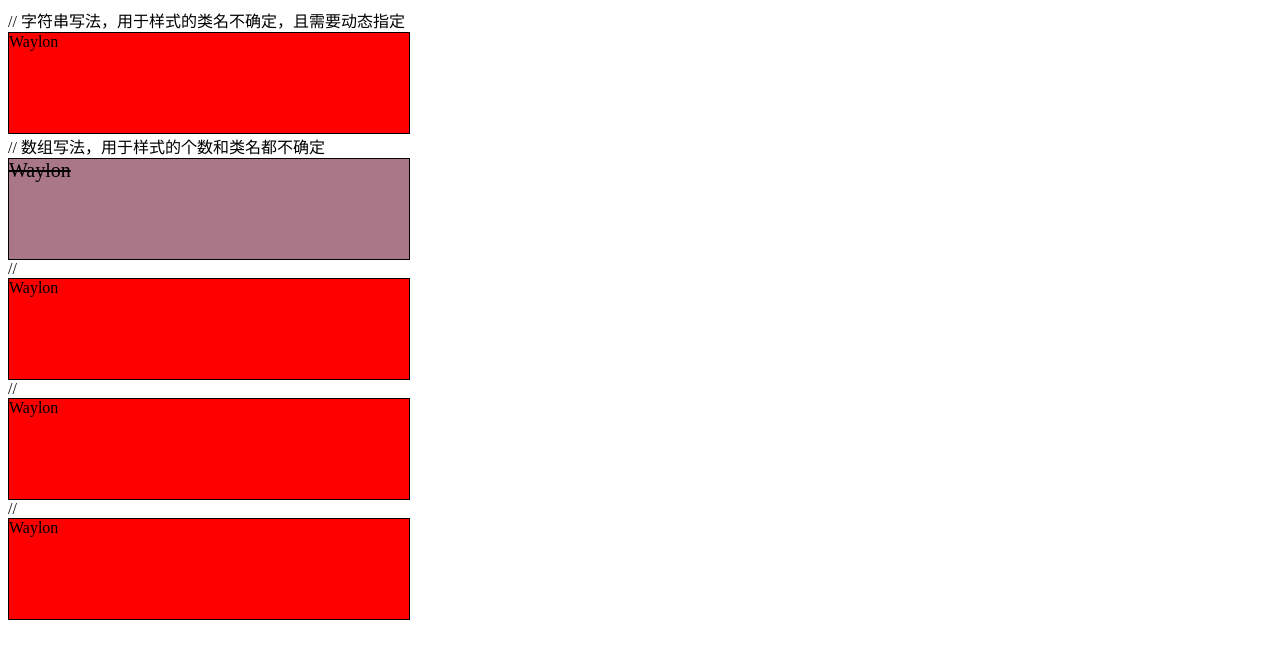
Repository: WAY-C/JSCodes
Page: Vue/10绑定样式/1绑定样式.html
These files come from the project's save history. The page is drawn as it stood at one moment and after the next save; the edit follows.
The browser window is 1280 px wide. The pictures show the whole page.

Above is the page before, as saved 2021-08-29 14:34:07.

After the next save:
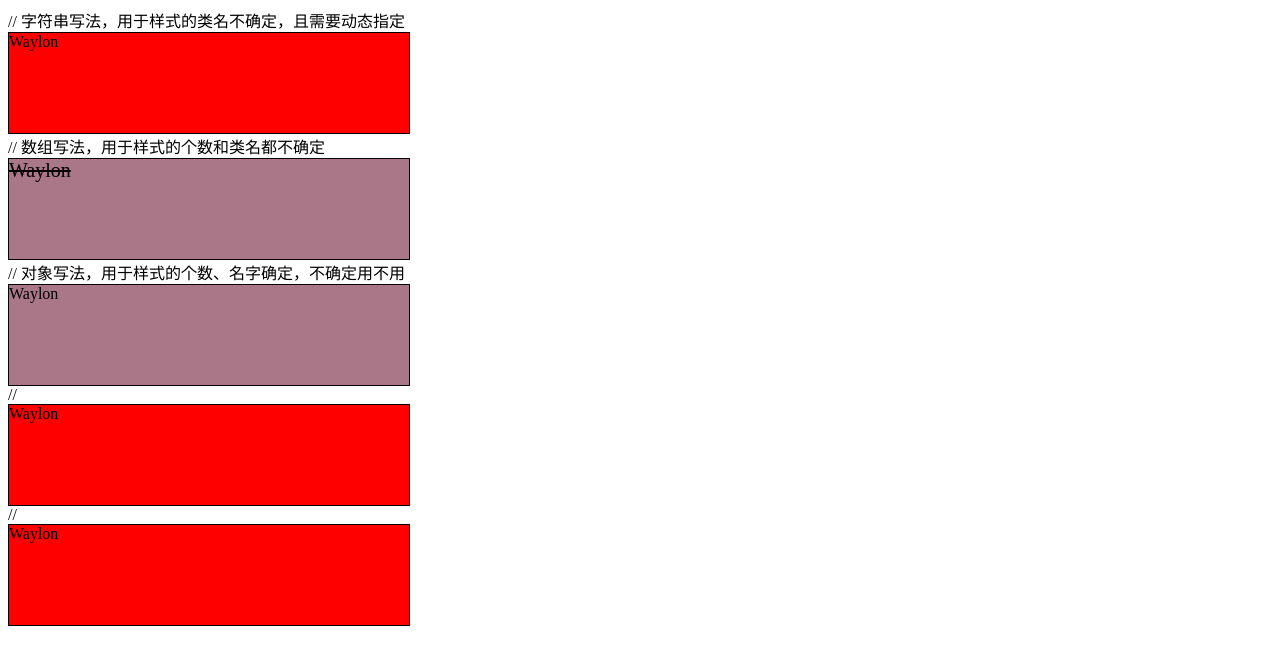
Saved 2 min 48 s later.
--- a/Vue/10绑定样式/1绑定样式.html
+++ b/Vue/10绑定样式/1绑定样式.html
@@ -49,8 +49,8 @@
         <div class="basic" :class="mood" @click="changeMood">{{name}}</div>
         // 数组写法，用于样式的个数和类名都不确定
         <div class="basic" :class="classArr">{{name}}</div>
-        //
-        <div class="basic" :class="mood">{{name}}</div>
+        // 对象写法，用于样式的个数、名字确定，不确定用不用
+        <div class="basic" :class="classObj">{{name}}</div>
         //
         <div class="basic" :class="mood">{{name}}</div>
         //
@@ -64,7 +64,11 @@
         data: {
             name: 'Waylon',
             mood: 'happy',
-            classArr: ['style1', 'style2', 'style3']
+            classArr: ['style1', 'style2', 'style3'],
+            classObj: {
+                style1: true,
+                style2: false
+            }
         },
         methods: {
             changeMood() {
